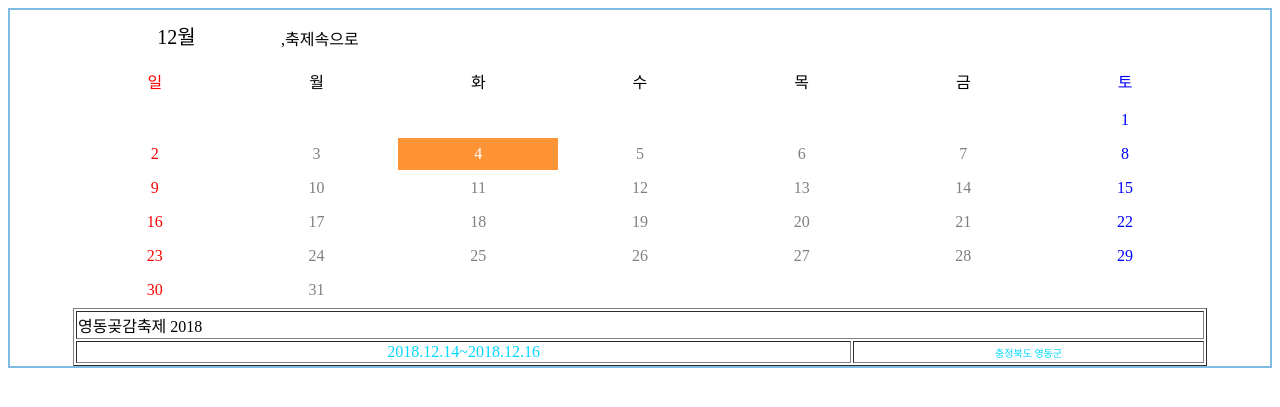
Repository: jih3508/Webproject_Rest
Page: http://localhost/comma1004/include/sideCalendar.jsp
These files come from the project's save history. The page is drawn as it stood at one moment and after the next save; the edit follows.
The browser window is 1280 px wide. The pictures show the whole page.
The page is served by Tomcat 9. Nobody is signed in. The application's start-up code is not run. Other server files are loaded and not shown.

Above is the page before, as saved 2018-12-04 11:44:51.

### comma1004/src/main/webapp/include/sideCalendar.jsp
<%@ page language="java" contentType="text/html; charset=UTF-8"
    pageEncoding="UTF-8"%>
    <%@ page import="java.util.Calendar" %>
 <%
 Calendar cal = Calendar.getInstance();

 int y = 0;
 int m = 0;
 int day =0; //오늘 날짜 출력

	 y = cal.get(Calendar.YEAR);
	 m = cal.get(Calendar.MONTH);
	 day = cal.get(Calendar.DATE);

 cal.set(y,m,1);  // 출력 월의  1일날로 세팅 ( 1일날의 요일을 얻기 위해)

 int dayOfWeek = cal.get(Calendar.DAY_OF_WEEK);       // 1일날의 요일
 int lastDay = cal.getActualMaximum(Calendar.DATE);   // 마지막 날짜
%>

<!DOCTYPE html PUBLIC "-//W3C//DTD HTML 4.01 Transitional//EN" "http://www.w3.org/TR/html4/loose.dtd">
<html>
<head>
<meta http-equiv="Content-Type" content="text/html; charset=UTF-8">
<title>Insert title here</title>
</head>
<body>
<style>
	.calendar{
		overflow:hidden;
		border:2px solid #80BCE1;
		text-align:center;
	}
	.calendar table{
		width:90%;
	}
</style>
<div>
<div class="calendar" >
   <table border="0" align="center" style="margin-top:8px;" >
   <colgroup>
			<col width="18%"/>
			<col width="82%"/>

	</colgroup>
   <tr>
   	   	<td style="font-size:20px; witdh:5%;"><%=m+1 %>월</td><td style="vertical-align:bottom; text-align:left; "> ,축제속으로</td>
   </tr>
   </table>
<table border="0" align="center" width="10%;" height="250px" style="margin-top:5px;">
<tr>
<td style="color:red; ">일</td><td>월</td><td>화</td><td>수</td><td>목</td><td>금</td><td style="color:blue; ">토</td>
</tr>
<%
 for(int i=1; i<dayOfWeek; i++) {
 %>
       <td></td>
 <%
 }
 for(int d=1; d<=lastDay; d++) {

	 if(dayOfWeek%7 == 0)  {
		 if(d == day){
			%>
			<td style="background-color:#FF9436; color:blue;"><%=d %> </td>
			<%
		 }
		 else{

			 out.print("<td><font color=blue>"+d+"</font></td>");

		 }
	 } else if(dayOfWeek%7 == 1) {
		 if(d==day){
		%>
		<td style="background-color:#FF9436; color:blue;"><%=d %></td>
		<%
		 }
		 else{
		 out.print("<td><font color=red>"+d+"</font></td>");
		 }
	} else {
		if(d == day){
		%>
		<td style="background-color:#FF9436; color:#FFFFFF;"><%=d %></td>
		<%
		}
		else
		{
 	%>
          <td style="color:gray;"><%=d %> </td>
   <%
		}
	 }

	 if(dayOfWeek%7 == 0) {
   %>
    </t><tr>
   <%
     }
     dayOfWeek++;
 }
 %>

    </tr>
</table>
<table align="center" border="1">
	<tr>
		<td colspan="2" align="left">영동곶감축제 2018</td>
	</tr>
	<tr>
		<td style="color:#00D8FF">2018.12.14~2018.12.16</td><td style="color:#00D8FF; font-size:10px; ">충정북도 영동군</td>
	</tr>
</table>
</div>
</div>
</body>
</html>

After the next save:
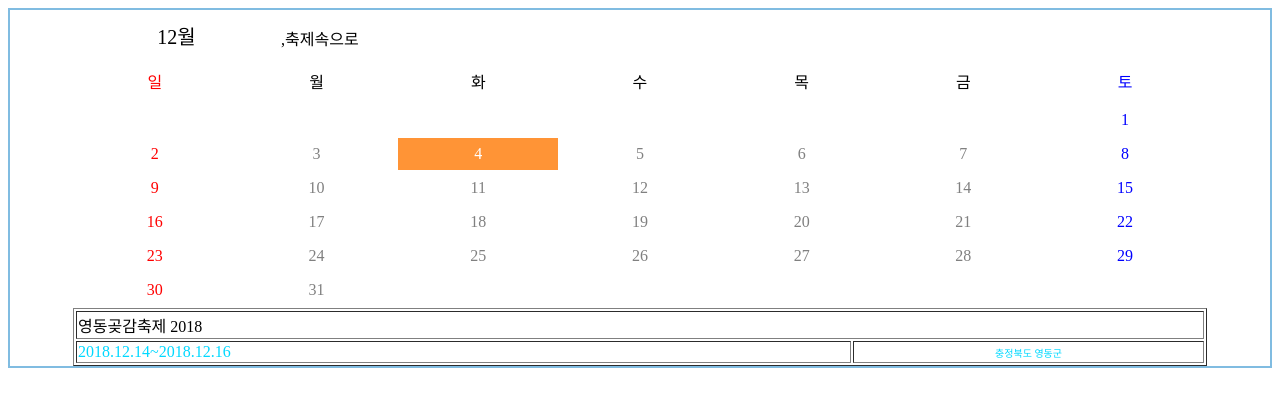
Saved 35 s later.
--- a/comma1004/src/main/webapp/include/sideCalendar.jsp
+++ b/comma1004/src/main/webapp/include/sideCalendar.jsp
@@ -109,7 +109,7 @@
 		<td colspan="2" align="left">영동곶감축제 2018</td>
 	</tr>
 	<tr>
-		<td style="color:#00D8FF">2018.12.14~2018.12.16</td><td style="color:#00D8FF; font-size:10px; ">충정북도 영동군</td>
+		<td style="color:#00D8FF; text-align:left; ">2018.12.14~2018.12.16</td><td style="color:#00D8FF; font-size:10px; ">충정북도 영동군</td>
 	</tr>
 </table>
 </div>
